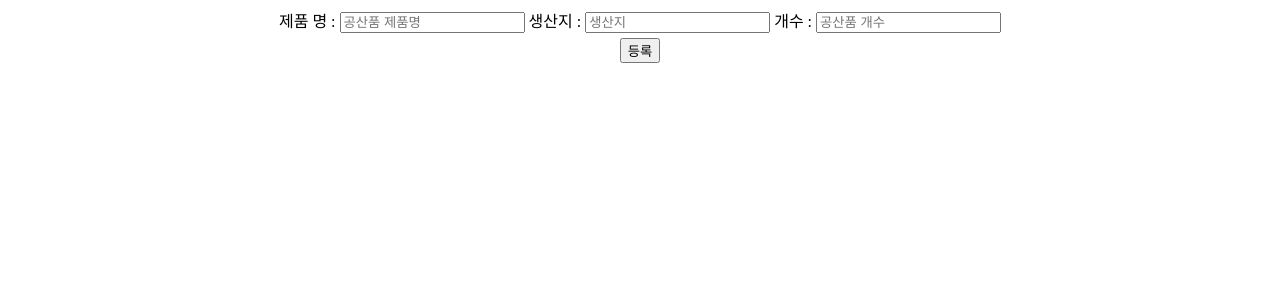
Repository: charmingjae/swproject
Page: http://localhost/board_project/product.jsp
An editor plug-in stored every save of this project. The page is shown before and after the next save, followed by the edit.
The browser window is 1280 px wide. The pictures show the whole page.
The page is served by Tomcat 9. Other server files are loaded and not shown.

Above is the page before, as saved 2019-09-16 16:02:32.

### board_project/board_project/WebContent/product.jsp
<%@ page language="java" contentType="text/html; charset=EUC-KR"
    pageEncoding="EUC-KR"%>
<%@ page import="java.sql.*" %>
<script language = "javascript">

function writeCheck()
{
	var form = document.writeform;

	if(!form.proname.value)
	{
		alert("제품명을 입력해주세요.");
		form.name.focus();
		return;
	}

	if(!form.proloc.value)
	{
		alert("생산지를 적어주세요.");
		form.proloc.focus();
		return;
	}
	if(!form.pronumber.value)
	{
		alert("개수를 입력하세요.");
		form.pronumber.focus();
		return;
	}
	form.submit();

}
</script>
<!DOCTYPE html PUBLIC "-//W3C//DTD HTML 4.01 Transitional//EN" "http://www.w3.org/TR/html4/loose.dtd">
<html>
	<head>
 		<title> 공산품 관리 </title>
	</head>
 	<body>
 		<table>
			 <center>
				 <form name=writeform method=post action="write_ok.jsp">
				 			제품 명 : <input name="proname" placeholder="공산품 제품명"/>
				 			생산지 : 	<input name="proloc" placeholder="생산지" />
							개수 : 	<input name="pronumber" placeholder="공산품 개수"/>
				 </form>
			 </center>
		</table>

		<table width="100%" cellpadding="0" cellspacing="0" border="0">
  		<tr>
  			<td colspan="4" height="5"></td>
  		</tr>
  		<tr align="center">
   			<td>
   				<input type=button value="등록" OnClick = "javascript:writeCheck();">
   			</td>
  		</tr>
		</table>
	</body>
</html>

After the next save:
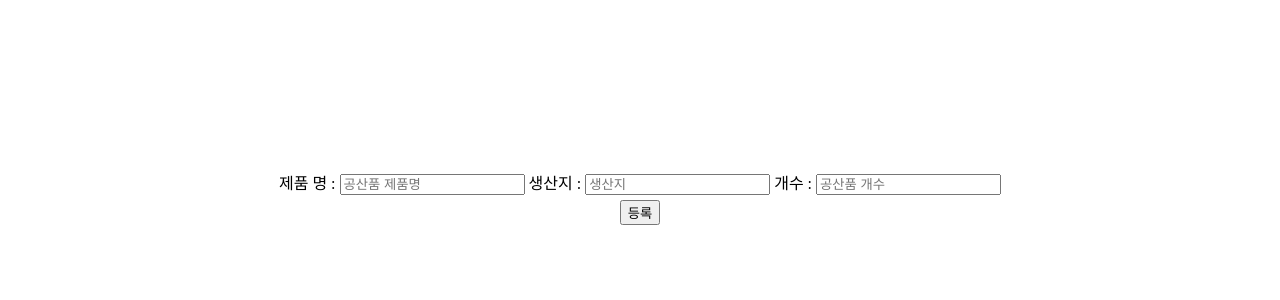
Saved 23 h 16 min later.
--- a/board_project/board_project/WebContent/product.jsp
+++ b/board_project/board_project/WebContent/product.jsp
@@ -39,6 +39,7 @@ function writeCheck()
  		<table>
 			 <center>
 				 <form name=writeform method=post action="write_ok.jsp">
+				 			<br /><br /><br /><br /><br /><br /><br /><br /><br />
 				 			제품 명 : <input name="proname" placeholder="공산품 제품명"/>
 				 			생산지 : 	<input name="proloc" placeholder="생산지" />
 							개수 : 	<input name="pronumber" placeholder="공산품 개수"/>
